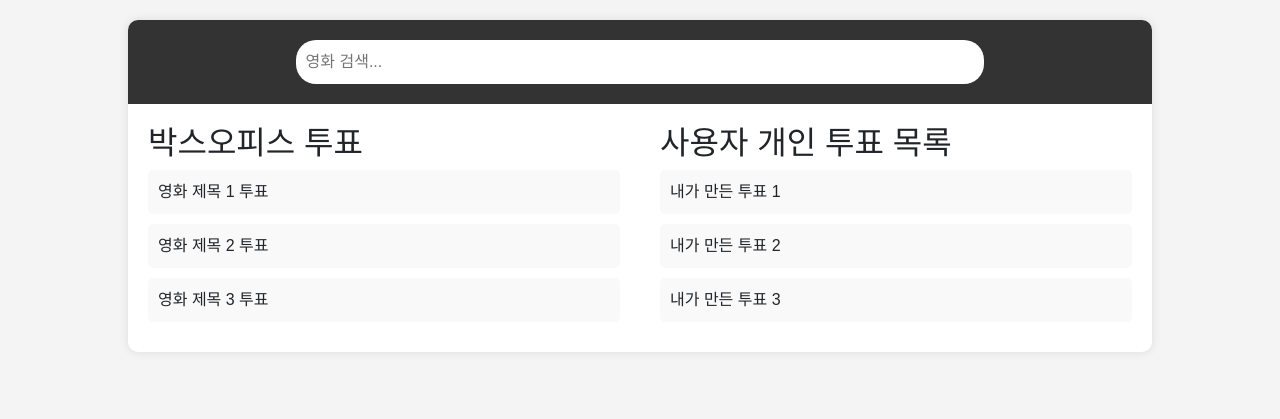
Repository: Seonghyeon8983/CinePick
Page: http://localhost/CinePick/WEB-INF/vote/votelist.jsp
An editor plug-in stored every save of this project. The page is shown before and after the next save, followed by the edit.
The browser window is 1280 px wide. The pictures show the whole page.
Some web fonts or font styles are not loaded; a fallback is used. The page is served by Tomcat 9. Nobody is signed in. The template is opened directly, without the code that normally fills it, so the values that code supplies are empty.

Above is the page before, as saved 2025-03-05 08:26:07.

After the next save:
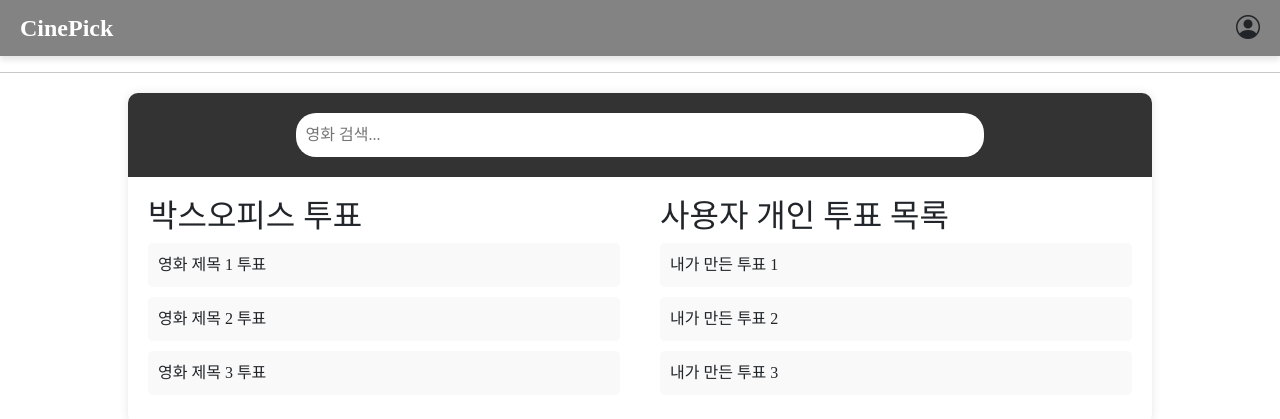
Saved 22 s later.
--- a/CinePick/src/main/webapp/WEB-INF/vote/votelist.jsp
+++ b/CinePick/src/main/webapp/WEB-INF/vote/votelist.jsp
@@ -51,6 +51,7 @@
     </style>
 </head>
 <body>
+<jsp:include page="../../layout/title.jsp"/>
     <div class="main-container">
         <!-- 검색 섹션 -->
         <div class="search-container">
